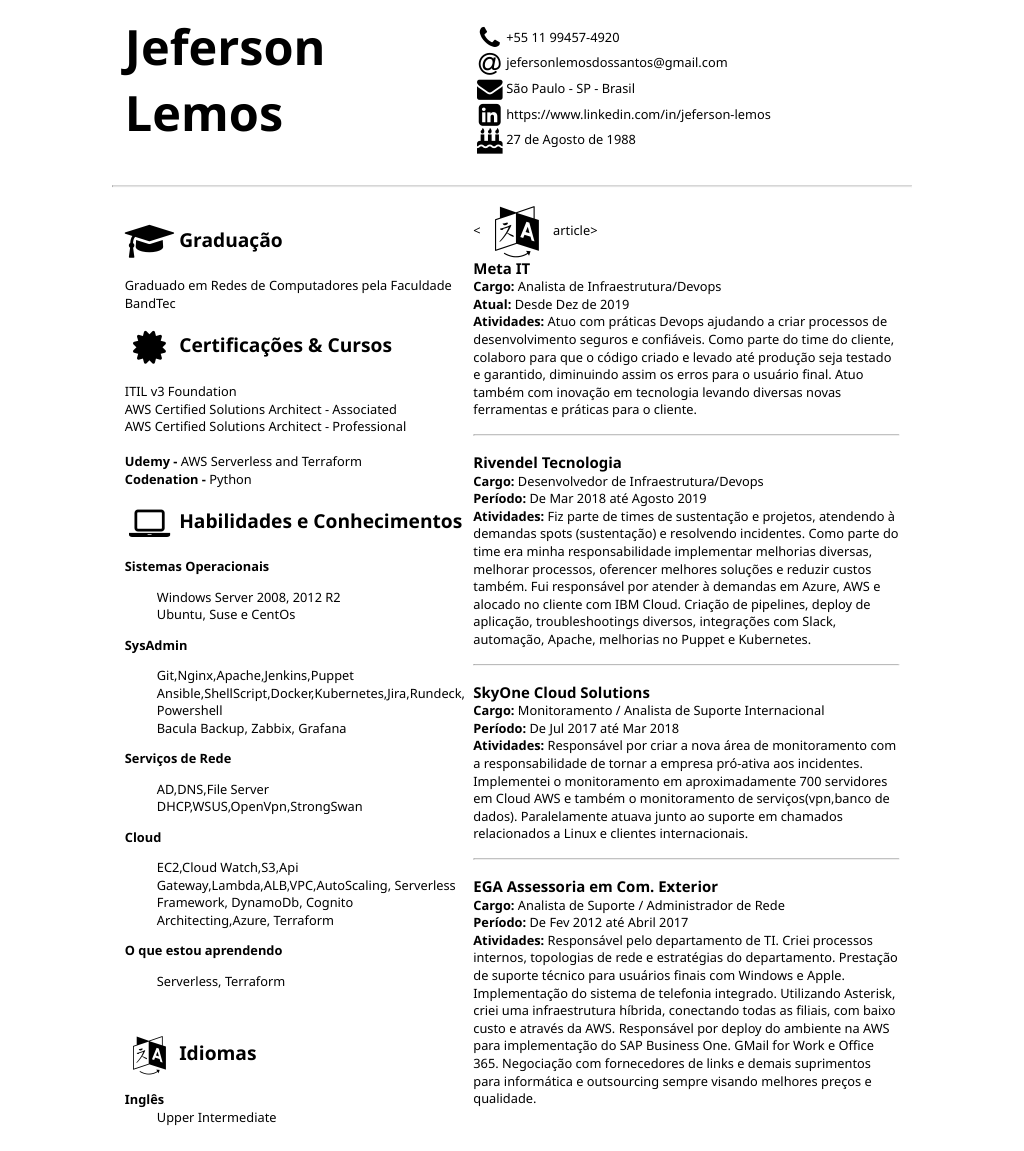
Repository: jefersonlemos/Resume-pt
Page: index.html
The author's editor kept a copy of each file at every save. The page is drawn from the files as they stood at one save, then again after the next save.
The browser window is 1280 px wide. The pictures show the whole page, at 80% of full size.

Above is the page before, as saved 2020-06-15 12:02:41.

### index.html
<!DOCTYPE html>

<html lang="en">
<head>
    <meta charset="utf-8" />
    <title>Jeferson Lemos PT</title>
    <link rel="stylesheet" href="./css/normalize.css" type="text/css" />
    <link rel="stylesheet" href="./css/app.css" type="text/css" />
    <link rel="stylesheet" href="./css/font-awesome.min.css" type="text/css" />
</head>
<body>
    <div class="content">
        <header>
            <section>
                <h1>Jeferson <br />Lemos</h1>
            </section>
            <section>
                <ul>
                    <li>
                        <i class="fa fa-fw fa-2x fa-phone"></i>+55 11 99457-4920
                    </li>
                    <li>
                        <i class="fa fa-fw fa-2x fa-at"></i>jefersonlemosdossantos@gmail.com
                    </li>
                    <li>
                        <i class="fa fa-fw fa-2x fa-envelope"></i>São Paulo - SP - Brasil
                    </li>
                    <li>
                        <i class="fa fa-fw fa-2x fa-linkedin-square"></i>https://www.linkedin.com/in/jeferson-lemos
                    </li>
                    <li>
                        <i class="fa fa-fw fa-2x fa-birthday-cake"></i>27 de Agosto de 1988
                    </li>
                </ul>
            </section>
        </header>
        <hr />
        <main>
            <section>
                <article>
                    <h2><i class="fa fa-fw fa-2x fa-graduation-cap"></i> Graduação</h2>
                        Graduado em Redes de Computadores pela Faculdade BandTec

                </article>
                <article>
                    <h2><i class="fa fa-fw fa-2x fa-certificate"></i> Certificações & Cursos</h2>

                        ITIL v3 Foundation </br>
                        AWS Certified Solutions Architect - Associated </br>
                        AWS Certified Solutions Architect - Professional</br>
						</br>

					<b>Udemy - </b>AWS Serverless and Terraform</br>
					<b>Codenation - </b> Python </br>

                </article>
				 <article>
                    <h2><i class="fa fa-fw fa-2x fa-laptop"></i> Habilidades e Conhecimentos</h2>
                    <dl>
                        <dt>Sistemas Operacionais</dt>
                        <dd>
                            <ul>
                                <li>Windows Server 2008, 2012 R2</li>
                                <li>Ubuntu, Suse e CentOs</li>
                            </ul>
                        </dd>
                        <dt>SysAdmin</dt>
                        <dd>
                            <ul>
                                <li>Git,Nginx,Apache,Jenkins,Puppet</li>
                                <li>Ansible,ShellScript,Docker,Kubernetes,Jira,Rundeck, Powershell </li>
                                <li>Bacula Backup, Zabbix, Grafana</li>

                            </ul>
                        </dd>
                        <dt>Serviços de Rede</dt>
                        <dd>
                            <ul>
                                <li>AD,DNS,File Server DHCP,WSUS,OpenVpn,StrongSwan</li>
                            </ul>
                        </dd>
                        <dt>Cloud</dt>
                        <dd>
                            <ul>
                                <li>EC2,Cloud Watch,S3,Api Gateway,Lambda,ALB,VPC,AutoScaling, Serverless Framework, DynamoDb, Cognito</li>
                                <li>Architecting,Azure, Terraform </li>
                            </ul>
                        </dd>
                        <dt>O que estou aprendendo</dt>
                        <dd>
                            <ul>
                                <li>Serverless, Terraform</li>
                            </ul>
                        </dd>
                    </dl>
                </article>
                <br />
                <article>
                    <h2><i class="fa fa-fw fa-2x fa-language"></i> Idiomas</h2>
                    <dl>
                        <dt>Inglês</dt>
                        <dd>Upper Intermediate</dd>
                    </dl>
                </article>
            </section>
            <section>
                < <i class="fa fa-fw fa-4x fa-language"></i> article>
                    <h3>Meta IT</h3>
                    <strong>Cargo:</strong> Analista de Infraestrutura/Devops <br />
                    <strong>Atual:</strong> Desde Dez de 2019<br />
                    <strong>Atividades:</strong> Atuo com práticas Devops ajudando a criar processos de desenvolvimento seguros e confiáveis. Como parte do time do cliente,
                     colaboro para que o código criado e levado até produção seja testado e garantido, diminuindo assim os erros para o usuário final.
                     Atuo também com inovação em tecnologia levando diversas novas ferramentas e práticas para o cliente.
                    <hr />
					<h3>Rivendel Tecnologia</h3>
                    <strong>Cargo:</strong> Desenvolvedor de Infraestrutura/Devops <br />
                    <strong>Período:</strong> De Mar 2018 até Agosto 2019<br />
                    <strong>Atividades:</strong> Fiz parte de times de sustentação e projetos, atendendo à demandas spots (sustentação) e resolvendo incidentes.
                    Como parte do time era minha responsabilidade implementar melhorias diversas, melhorar processos, oferencer melhores soluções e reduzir custos também.
                    Fui responsável por atender à demandas em Azure, AWS e alocado no cliente com IBM Cloud. Criação de pipelines, deploy de aplicação, troubleshootings diversos,
                     integrações com Slack, automação, Apache, melhorias no Puppet e Kubernetes.
                    <hr />
		            <h3>SkyOne Cloud Solutions</h3>
                    <strong>Cargo:</strong> Monitoramento / Analista de Suporte Internacional <br />
                    <strong>Período:</strong> De Jul 2017 até Mar 2018<br />
                    <strong>Atividades:</strong> Responsável por criar a nova área de monitoramento com a responsabilidade de tornar a empresa pró-ativa aos incidentes.
                    Implementei o monitoramento em aproximadamente 700 servidores em Cloud AWS e também o monitoramento de serviços(vpn,banco de dados).
			        Paralelamente atuava junto ao suporte em chamados relacionados a Linux e clientes internacionais.
                    <hr />
                    <h3>EGA Assessoria em Com. Exterior</h3>
                    <strong>Cargo:</strong> Analista de Suporte / Administrador de Rede  <br />
                    <strong>Período:</strong> De Fev 2012 até Abril 2017<br />
                    <strong>Atividades:</strong> Responsável pelo departamento de TI. Criei processos internos, topologias de rede e estratégias do departamento.
                    Prestação de suporte técnico para usuários finais com Windows e Apple. Implementação do sistema de telefonia integrado. Utilizando Asterisk,
                    criei uma infraestrutura híbrida, conectando todas as filiais, com baixo custo e através da AWS. Responsável por deploy do ambiente na AWS para
                    implementação do SAP Business One. GMail for Work e Office 365. Negociação com fornecedores de links e demais suprimentos para informática e outsourcing
                    sempre visando melhores preços e qualidade.
                    <!-- <hr />
                    <h3>Kosmos Tecnologia</h3>
                    <strong>Cargo:</strong> Empreendedor<br />
                    <strong>Período:</strong> De Nov 2009 até Fev 2012<br />
                    <strong>Atividades:</strong> Eu fui um empreendedor e fui responsável por prover suporte técnico (hardware e software) para os clientes.
                    Fui também responsável por procurar novos clientes.
                    Prestei consultoria para pequenas empresas montando novos escritórios, criando websites, politicas de rede, backups e melhorias na rede.
                    Migrei um grande site chamado famosidades.com.br de um pequeno hosting para um hosting maior e mais seguro, migrei de Windows para Linux.
                    <hr /> -->
                   <!-- <h3>Stefanini IT Solutions</h3>
                    <strong>Cargo:</strong> Analista de Suporte I & II<br />
                    <strong>Periodo:</strong> De Nov 2008 até Nov 2009<br />
                    <strong>Atividades :</strong> Meu primeiro emprego, eu prestei suporte técnico em início de carreira. Participei de um projeto de migração de
                    1000 hosts de um domínio Windows 2003 para um novo domínio WIndows 2008.
                    <hr />-->
                </article>
            </section>
        </main>
        <footer>

        </footer>
    </div>
</body>
</html>

### css/app.css
body {
    font-family: 'Segoe UI', sans-serif;
}

.content {
    width: 1000px;
    margin: 0 auto;
}

header,
main {
    display: flex;
    padding: 1rem;
}

    header section,
    main section {
        -ms-flex: 1;
        flex: 1;
    }
    header section:first-child,
    main section:first-child {
        max-width: 45%;
    }

header h1 {
    font-size: 3.8rem;
    margin: 0;
}
main h3 {
    margin: 0;
}
main hr {
    margin: 20px 0;
}
header .fa,
main .fa {
    vertical-align: middle;
}
ul {
    list-style: none;
    padding: 0;
}

dt {
    font-weight: bold;
}

Loaded but not shown: css/normalize.css (library); css/font-awesome.min.css (library)

After the next save:
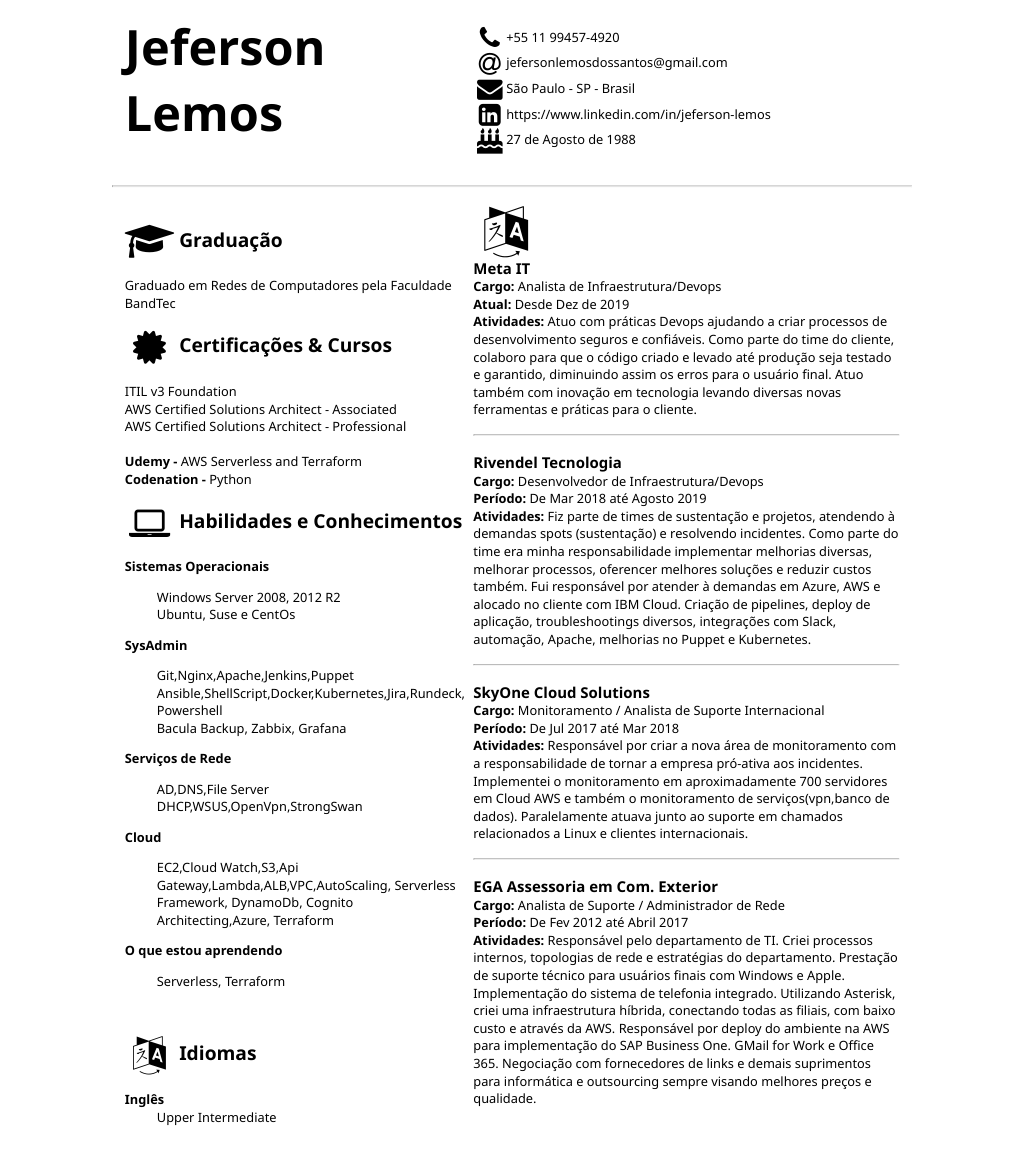
Saved 52 s later.
--- a/index.html
+++ b/index.html
@@ -104,7 +104,8 @@
                 </article>
             </section>
             <section>
-                < <i class="fa fa-fw fa-4x fa-language"></i> article>
+                <article>
+                    <i class="fa fa-fw fa-4x fa-language"></i>
                     <h3>Meta IT</h3>
                     <strong>Cargo:</strong> Analista de Infraestrutura/Devops <br />
                     <strong>Atual:</strong> Desde Dez de 2019<br />
